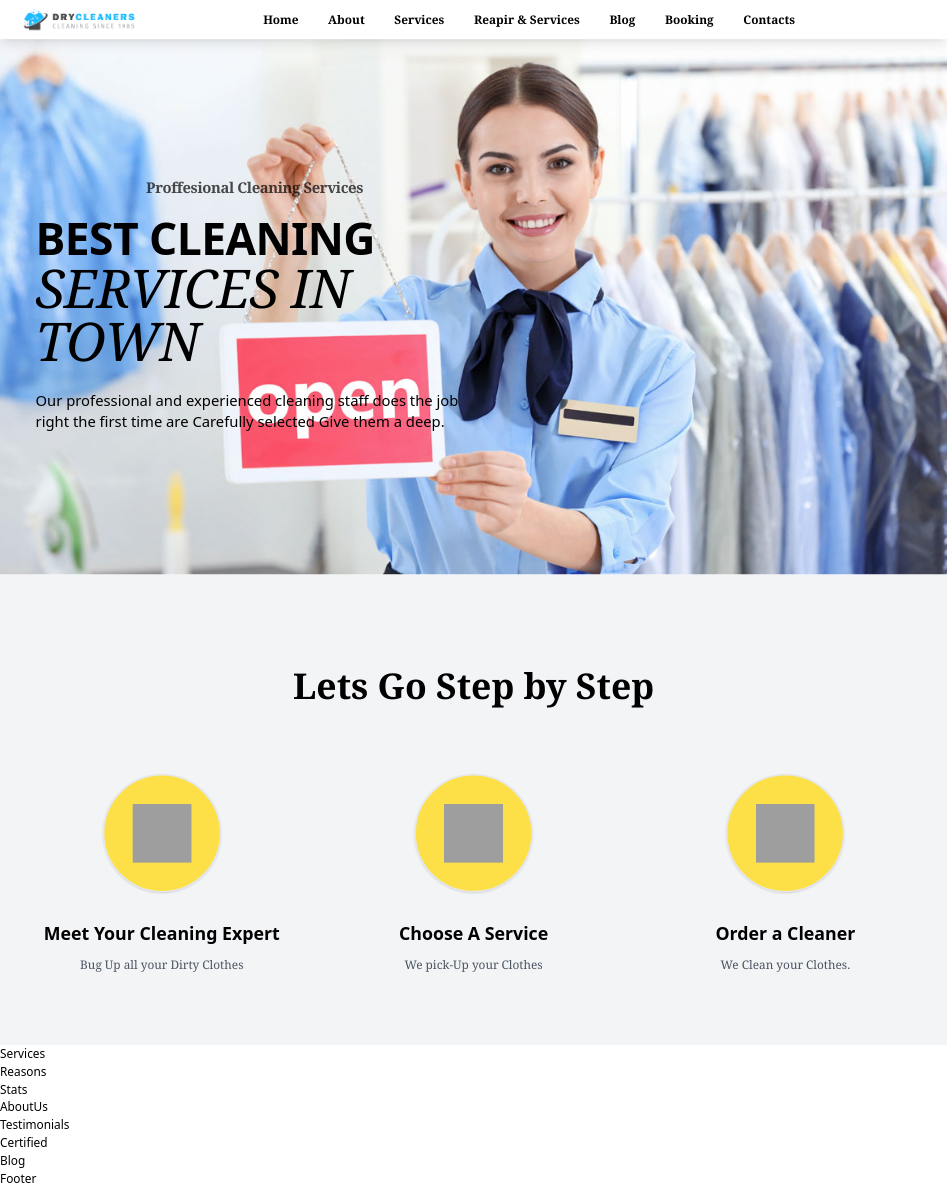
Repository: remydev47/cleanmate
Page: /
The author's editor kept a copy of each file at every save. The page is drawn from the files as they stood at one save, then again after the next save.
The browser window is 1280 px wide. The pictures show the whole page, at 74% of full size.
Pictures or frames that could not be fetched are drawn as grey boxes. The project was rebuilt for these pictures with package versions that can differ from the ones it lists, and the page was loaded fresh each time. The framework's server and built-in components were replaced by stand-ins that run in the browser. Also part of the build but not shown: next.config.js.

Above is the page before, as saved 2022-10-29 16:07:16.

After the next save:
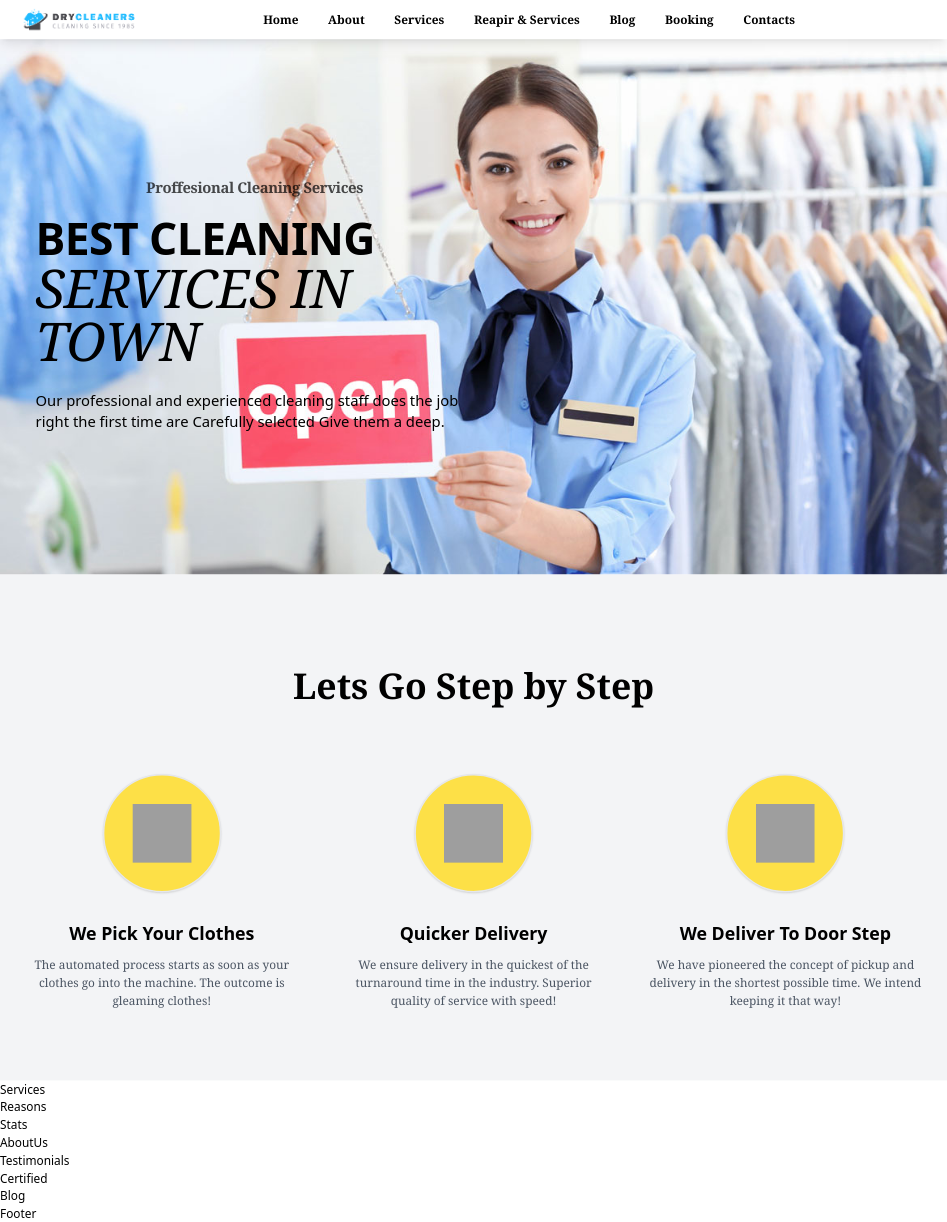
Saved 2 min 21 s later.
--- a/components/Steps.tsx
+++ b/components/Steps.tsx
@@ -20,8 +20,8 @@ const Steps = () => {
                            <img src="/images/icon1.png" className='h-20 w-20' />
                         </span>
                     </div>
-                    <h3 className="mt-6 text-2xl font-bold leading-tight text-black md:mt-10">Meet Your Cleaning Expert</h3>
-                    <p className="mt-4 font-serif text-base text-gray-600">Bug Up all your Dirty Clothes</p>
+                    <h3 className="mt-6 text-2xl font-bold leading-tight text-black md:mt-10">We Pick Your Clothes</h3>
+                    <p className="mt-4 font-serif text-base text-gray-600">The automated process starts as soon as your clothes go into the machine. The outcome is gleaming clothes!</p>
                 </div>
 
                 <div>
@@ -30,8 +30,8 @@ const Steps = () => {
                           <img src="/images/icon2-1.png" className='h-20 w-20' />
                         </span>
                     </div>
-                    <h3 className="mt-6 text-2xl font-bold leading-tight text-black md:mt-10">Choose A Service</h3>
-                    <p className="mt-4 font-serif text-base text-gray-600">We pick-Up your Clothes</p>
+                    <h3 className="mt-6 text-2xl font-bold leading-tight text-black md:mt-10">Quicker Delivery</h3>
+                    <p className="mt-4 font-serif text-base text-gray-600">We ensure delivery in the quickest of the turnaround time in the industry. Superior quality of service with speed!</p>
                 </div>
 
                 <div>
@@ -40,8 +40,8 @@ const Steps = () => {
                          <img src="/images/icon3.png" className='h-20 w-20' />
                         </span>
                     </div>
-                    <h3 className="mt-6 text-2xl font-bold leading-tight text-black md:mt-10">Order a Cleaner</h3>
-                    <p className="mt-4 font-serif text-base text-gray-600">We Clean your Clothes.</p>
+                    <h3 className="mt-6 text-2xl font-bold leading-tight text-black md:mt-10">We Deliver To Door Step</h3>
+                    <p className="mt-4 font-serif text-base text-gray-600">We have pioneered the concept of pickup and delivery in the shortest possible time. We intend keeping it that way!</p>
                 </div>
 
             </div>
